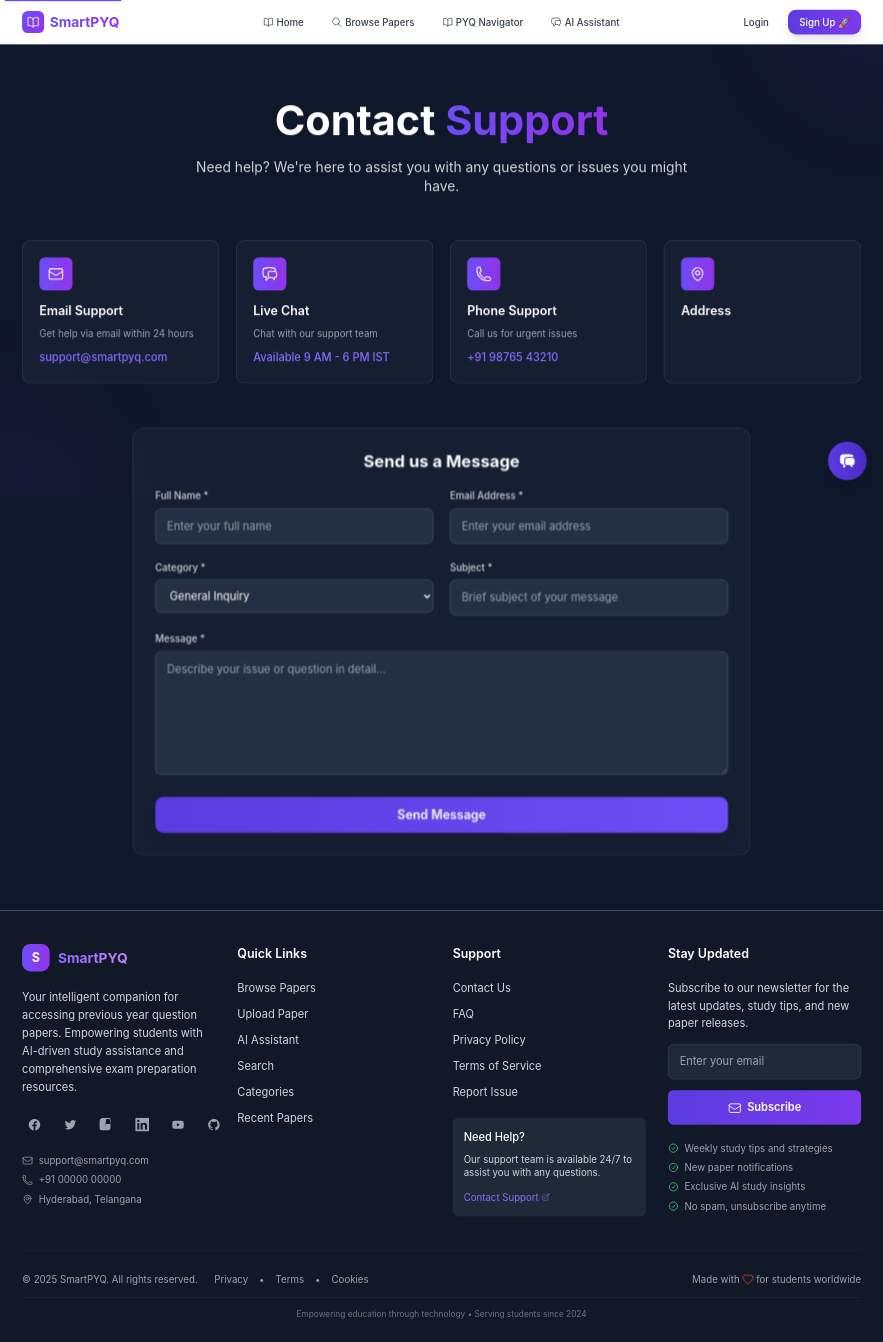
Repository: sumer52/smartpyq
Page: /contact (app in smartpyq-frontend/)
These files come from the project's save history. The page is drawn as it stood at one moment and after a run of saves; the edit follows.
The browser window is 1280 px wide. The pictures show the whole page, at 69% of full size.
The project was rebuilt for these pictures with package versions that can differ from the ones it lists, and the page was loaded fresh each time. Also part of the build but not shown: smartpyq-frontend/vite.config.js. Imported but missing from the stored project, and not drawn on this page: smartpyq-frontend/src/pages/RegisterPage.

Above is the page before, as saved 2025-09-09 03:30:42.

### smartpyq-frontend/index.html
<!doctype html>
<html lang="en">
  <head>
    <meta charset="UTF-8" />
    <link rel="icon" type="image/svg+xml" href="/vite.svg" />
    <meta name="viewport" content="width=device-width, initial-scale=1.0" />
    <meta name="description" content="SmartPYQ - Unlock Previous Year Papers with AI-powered study assistance. Access, analyze, and excel with intelligent question paper platform." />
    <meta name="keywords" content="previous year papers, PYQ, AI study assistant, education, exam preparation, student platform" />
    <meta name="author" content="SmartPYQ Team" />

    <!-- Open Graph / Facebook -->
    <meta property="og:type" content="website" />
    <meta property="og:url" content="https://smartpyq.com/" />
    <meta property="og:title" content="SmartPYQ - Intelligent Previous Year Papers Platform" />
    <meta property="og:description" content="Unlock Previous Year Papers with AI-powered study assistance" />

    <!-- Twitter -->
    <meta property="twitter:card" content="summary_large_image" />
    <meta property="twitter:url" content="https://smartpyq.com/" />
    <meta property="twitter:title" content="SmartPYQ - Intelligent Previous Year Papers Platform" />
    <meta property="twitter:description" content="Unlock Previous Year Papers with AI-powered study assistance" />

    <!-- Accessibility -->
    <meta name="theme-color" content="#6C4EF6" />
    <meta name="color-scheme" content="light dark" />

    <!-- Preconnect for performance -->
    <link rel="preconnect" href="https://fonts.googleapis.com" />
    <link rel="preconnect" href="https://fonts.gstatic.com" crossorigin />

    <title>SmartPYQ - Intelligent Previous Year Papers Platform</title>
  </head>
  <body>
    <div id="root"></div>
    <script type="module" src="/src/main.jsx"></script>
  </body>
</html>

### smartpyq-frontend/src/main.jsx
import React from 'react'
import ReactDOM from 'react-dom/client'
import { BrowserRouter } from 'react-router-dom'
import App from './App.jsx'
import './index.css'

// Check for reduced motion preference
const prefersReducedMotion = window.matchMedia('(prefers-reduced-motion: reduce)').matches;

// Set CSS custom property for motion preference
if (prefersReducedMotion) {
  document.documentElement.style.setProperty('--motion-reduce', '1');
} else {
  document.documentElement.style.setProperty('--motion-reduce', '0');
}

// Add motion preference listener for dynamic changes
window.matchMedia('(prefers-reduced-motion: reduce)').addEventListener('change', (e) => {
  document.documentElement.style.setProperty('--motion-reduce', e.matches ? '1' : '0');
});

ReactDOM.createRoot(document.getElementById('root')).render(
  <React.StrictMode>
    <BrowserRouter>
      <App />
    </BrowserRouter>
  </React.StrictMode>,
)

### smartpyq-frontend/src/contexts/AuthContext.jsx
import React, { createContext, useContext, useState, useEffect } from 'react';

const AuthContext = createContext();

export const useAuth = () => {
  const context = useContext(AuthContext);
  if (!context) {
    throw new Error('useAuth must be used within an AuthProvider');
  }
  return context;
};

export const AuthProvider = ({ children }) => {
  const [user, setUser] = useState(null);
  const [isLoading, setIsLoading] = useState(true);
  const [isAuthenticated, setIsAuthenticated] = useState(false);

  // Mock user data for demonstration
  const mockUser = {
    id: 1,
    name: 'sumer',
    email: 'sumer@university.edu',
    avatar: 'https://images.unsplash.com/photo-1472099645785-5658abf4ff4e?w=150&h=150&fit=crop&crop=face',
    role: 'Student',
    course: 'B.Sc Computer Science',
    year: '3rd Year',
    semester: 'Semester 5',
    joinedDate: '2022-08-15',
    stats: {
      papersDownloaded: 47,
      studyStreak: 12,
      favoriteSubjects: ['Data Structures', 'Algorithms', 'Database Systems'],
      recentActivity: [
        { action: 'Downloaded', item: 'Data Structures - 2023 Paper', time: '2 hours ago' },
        { action: 'Saved', item: 'Algorithms - 2022 Paper', time: '1 day ago' },
        { action: 'Viewed', item: 'Database Systems - 2021 Paper', time: '2 days ago' }
      ]
    }
  };

  useEffect(() => {
    // Check for existing session
    const checkAuthStatus = () => {
      const token = localStorage.getItem('authToken');
      const userData = localStorage.getItem('userData');

      if (token && userData) {
        try {
          const parsedUser = JSON.parse(userData);
          setUser(parsedUser);
          setIsAuthenticated(true);
        } catch (error) {
          console.error('Error parsing user data:', error);
          localStorage.removeItem('authToken');
          localStorage.removeItem('userData');
        }
      }
      setIsLoading(false);
    };

    checkAuthStatus();
  }, []);

  const login = async (email, password) => {
    setIsLoading(true);

    try {
      // Simulate API call
      await new Promise(resolve => setTimeout(resolve, 1500));

      // Mock validation
      if (email === 'demo@smartpyq.com' && password === 'demo123') {
        const token = 'mock-jwt-token-' + Date.now();
        const userData = { ...mockUser, email };

        localStorage.setItem('authToken', token);
        localStorage.setItem('userData', JSON.stringify(userData));

        setUser(userData);
        setIsAuthenticated(true);
        setIsLoading(false);

        return { success: true, user: userData };
      } else {
        setIsLoading(false);
        return { success: false, error: 'Invalid email or password' };
      }
    } catch (error) {
      setIsLoading(false);
      return { success: false, error: 'Login failed. Please try again.' };
    }
  };

  const register = async (userData) => {
    setIsLoading(true);

    try {
      // Simulate API call
      await new Promise(resolve => setTimeout(resolve, 2000));

      const token = 'mock-jwt-token-' + Date.now();
      const newUser = {
        ...mockUser,
        name: userData.name,
        email: userData.email,
        course: userData.course || 'B.Sc Computer Science',
        stats: {
          ...mockUser.stats,
          papersDownloaded: 0,
          studyStreak: 0,
          recentActivity: []
        }
      };

      localStorage.setItem('authToken', token);
      localStorage.setItem('userData', JSON.stringify(newUser));

      setUser(newUser);
      setIsAuthenticated(true);
      setIsLoading(false);

      return { success: true, user: newUser };
    } catch (error) {
      setIsLoading(false);
      return { success: false, error: 'Registration failed. Please try again.' };
    }
  };

  const logout = () => {
    localStorage.removeItem('authToken');
    localStorage.removeItem('userData');
    setUser(null);
    setIsAuthenticated(false);
  };

  const updateUser = (updatedData) => {
    const updatedUser = { ...user, ...updatedData };
    setUser(updatedUser);
    localStorage.setItem('userData', JSON.stringify(updatedUser));
  };

  const forgotPassword = async (email) => {
    setIsLoading(true);

    try {
      // Simulate API call
      await new Promise(resolve => setTimeout(resolve, 1000));
      setIsLoading(false);
      return { success: true, message: 'Password reset link sent to your email' };
    } catch (error) {
      setIsLoading(false);
      return { success: false, error: 'Failed to send reset link' };
    }
  };

  const value = {
    user,
    isAuthenticated,
    isLoading,
    login,
    register,
    logout,
    updateUser,
    forgotPassword
  };

  return (
    <AuthContext.Provider value={value}>
      {children}
    </AuthContext.Provider>
  );
};

export default AuthContext;

### smartpyq-frontend/src/pages/ContactPage.jsx
import React, { useState } from 'react';
import { motion } from 'framer-motion';
import {
  EnvelopeIcon,
  PhoneIcon,
  MapPinIcon,
  ChatBubbleLeftRightIcon,
} from '@heroicons/react/24/outline';

const ContactPage = () => {
  const [formData, setFormData] = useState({
    name: '',
    email: '',
    subject: '',
    message: '',
    category: 'general'
  });
  const [isSubmitting, setIsSubmitting] = useState(false);
  const [submitStatus, setSubmitStatus] = useState(null);

  const handleInputChange = (e) => {
    const { name, value } = e.target;
    setFormData(prev => ({
      ...prev,
      [name]: value
    }));
  };

  const handleSubmit = async (e) => {
    e.preventDefault();
    setIsSubmitting(true);

    try {
      // TODO: Replace with actual API call
      await new Promise(resolve => setTimeout(resolve, 1500));

      console.log('Contact form submitted:', formData);
      setSubmitStatus('success');
      setFormData({
        name: '',
        email: '',
        subject: '',
        message: '',
        category: 'general'
      });
    } catch (error) {
      console.error('Error submitting contact form:', error);
      setSubmitStatus('error');
    } finally {
      setIsSubmitting(false);
      setTimeout(() => setSubmitStatus(null), 5000);
    }
  };

  const contactMethods = [
    {
      icon: EnvelopeIcon,
      title: 'Email Support',
      description: 'Get help via email within 24 hours',
      contact: 'support@smartpyq.com',
      action: 'mailto:support@smartpyq.com'
    },
    {
      icon: ChatBubbleLeftRightIcon,
      title: 'Live Chat',
      description: 'Chat with our support team',
      contact: 'Available 9 AM - 6 PM IST',
      action: '#'
    },
    {
      icon: PhoneIcon,
      title: 'Phone Support',
      description: 'Call us for urgent issues',
      contact: '+91 98765 43210',
      action: 'tel:+919876543210'
    },
    {
      icon: MapPinIcon,
      title: 'Address',
      description: '',
      contact: '',
      action: '#'
    }
  ];

  const categories = [
    { value: 'general', label: 'General Inquiry' },
    { value: 'technical', label: 'Technical Support' },
    { value: 'billing', label: 'Billing & Payments' },
    { value: 'content', label: 'Content Issues' },
    { value: 'feature', label: 'Feature Request' },
    { value: 'bug', label: 'Bug Report' }
  ];

  return (
    <div className="min-h-screen bg-gradient-to-br from-bg-dark via-slate-900 to-bg-dark">
      {/* Hero Section */}
      <section className="relative py-20 px-4 sm:px-6 lg:px-8">
        <div className="max-w-7xl mx-auto">
          <motion.div
            initial={{ opacity: 0, y: 20 }}
            animate={{ opacity: 1, y: 0 }}
            transition={{ duration: 0.6 }}
            className="text-center mb-16"
          >
            <h1 className="text-4xl md:text-6xl font-bold text-white mb-6">
              Contact <span className="text-transparent bg-clip-text bg-gradient-to-r from-brand-500 to-accent-500">Support</span>
            </h1>
            <p className="text-xl text-gray-300 max-w-3xl mx-auto">
              Need help? We're here to assist you with any questions or issues you might have.
            </p>
          </motion.div>

          {/* Contact Methods Grid */}
          <motion.div
            initial={{ opacity: 0, y: 20 }}
            animate={{ opacity: 1, y: 0 }}
            transition={{ duration: 0.6, delay: 0.2 }}
            className="grid grid-cols-1 md:grid-cols-2 lg:grid-cols-4 gap-6 mb-16"
          >
            {contactMethods.map((method, index) => {
              const IconComponent = method.icon;
              return (
                <motion.a
                  key={index}
                  href={method.action}
                  className="bg-slate-800/50 backdrop-blur-sm border border-slate-700 rounded-xl p-6 hover:border-brand-500/50 transition-all duration-300 group"
                  whileHover={{ y: -5, scale: 1.02 }}
                  whileTap={{ scale: 0.98 }}
                >
                  <div className="w-12 h-12 bg-gradient-to-r from-brand-500 to-accent-500 rounded-lg flex items-center justify-center mb-4 group-hover:scale-110 transition-transform duration-300">
                    <IconComponent className="w-6 h-6 text-white" />
                  </div>
                  <h3 className="text-lg font-semibold text-white mb-2">{method.title}</h3>
                  <p className="text-gray-400 text-sm mb-3">{method.description}</p>
                  <p className="text-brand-400 font-medium">{method.contact}</p>
                </motion.a>
              );
            })}
          </motion.div>

          {/* Contact Form */}
          <motion.div
            initial={{ opacity: 0, y: 20 }}
            animate={{ opacity: 1, y: 0 }}
            transition={{ duration: 0.6, delay: 0.4 }}
            className="max-w-4xl mx-auto"
          >
            <div className="bg-slate-800/50 backdrop-blur-sm border border-slate-700 rounded-2xl p-8">
              <h2 className="text-2xl font-bold text-white mb-6 text-center">
                Send us a Message
              </h2>

              <form onSubmit={handleSubmit} className="space-y-6">
                <div className="grid grid-cols-1 md:grid-cols-2 gap-6">
                  <div>
                    <label htmlFor="name" className="block text-sm font-medium text-gray-300 mb-2">
                      Full Name *
                    </label>
                    <input
                      type="text"
                      id="name"
                      name="name"
                      value={formData.name}
                      onChange={handleInputChange}
                      required
                      className="w-full px-4 py-3 bg-slate-700/50 border border-slate-600 rounded-lg text-white placeholder-gray-400 focus:outline-none focus:ring-2 focus:ring-brand-500 focus:border-transparent transition-all duration-200"
                      placeholder="Enter your full name"
                    />
                  </div>

                  <div>
                    <label htmlFor="email" className="block text-sm font-medium text-gray-300 mb-2">
                      Email Address *
                    </label>
                    <input
                      type="email"
                      id="email"
                      name="email"
                      value={formData.email}
                      onChange={handleInputChange}
                      required
                      className="w-full px-4 py-3 bg-slate-700/50 border border-slate-600 rounded-lg text-white placeholder-gray-400 focus:outline-none focus:ring-2 focus:ring-brand-500 focus:border-transparent transition-all duration-200"
                      placeholder="Enter your email address"
                    />
                  </div>
                </div>

                <div className="grid grid-cols-1 md:grid-cols-2 gap-6">
                  <div>
                    <label htmlFor="category" className="block text-sm font-medium text-gray-300 mb-2">
                      Category *
                    </label>
                    <select
                      id="category"
                      name="category"
                      value={formData.category}
                      onChange={handleInputChange}
                      required
                      className="w-full px-4 py-3 bg-slate-700/50 border border-slate-600 rounded-lg text-white focus:outline-none focus:ring-2 focus:ring-brand-500 focus:border-transparent transition-all duration-200"
                    >
                      {categories.map((category) => (
                        <option key={category.value} value={category.value}>
                          {category.label}
                        </option>
                      ))}
                    </select>
                  </div>

                  <div>
                    <label htmlFor="subject" className="block text-sm font-medium text-gray-300 mb-2">
                      Subject *
                    </label>
                    <input
                      type="text"
                      id="subject"
                      name="subject"
                      value={formData.subject}
                      onChange={handleInputChange}
                      required
                      className="w-full px-4 py-3 bg-slate-700/50 border border-slate-600 rounded-lg text-white placeholder-gray-400 focus:outline-none focus:ring-2 focus:ring-brand-500 focus:border-transparent transition-all duration-200"
                      placeholder="Brief subject of your message"
                    />
                  </div>
                </div>

                <div>
                  <label htmlFor="message" className="block text-sm font-medium text-gray-300 mb-2">
                    Message *
                  </label>
                  <textarea
                    id="message"
                    name="message"
                    value={formData.message}
                    onChange={handleInputChange}
                    required
                    rows={6}
                    className="w-full px-4 py-3 bg-slate-700/50 border border-slate-600 rounded-lg text-white placeholder-gray-400 focus:outline-none focus:ring-2 focus:ring-brand-500 focus:border-transparent transition-all duration-200 resize-vertical"
                    placeholder="Describe your issue or question in detail..."
                  />
                </div>

                {/* Submit Status */}
                {submitStatus && (
                  <motion.div
                    initial={{ opacity: 0, y: -10 }}
                    animate={{ opacity: 1, y: 0 }}
                    className={`p-4 rounded-lg text-center ${
                      submitStatus === 'success'
                        ? 'bg-green-500/20 border border-green-500/50 text-green-400'
                        : 'bg-red-500/20 border border-red-500/50 text-red-400'
                    }`}
                  >
                    {submitStatus === 'success'
                      ? '✅ Message sent successfully! We\'ll get back to you soon.'
                      : '❌ Failed to send message. Please try again or contact us directly.'}
                  </motion.div>
                )}

                <motion.button
                  type="submit"
                  disabled={isSubmitting}
                  className="w-full btn-primary py-4 text-lg font-semibold disabled:opacity-50 disabled:cursor-not-allowed"
                  whileHover={{ scale: isSubmitting ? 1 : 1.02 }}
                  whileTap={{ scale: isSubmitting ? 1 : 0.98 }}
                >
                  {isSubmitting ? (
                    <div className="flex items-center justify-center space-x-2">
                      <div className="w-5 h-5 border-2 border-white/30 border-t-white rounded-full animate-spin" />
                      <span>Sending...</span>
                    </div>
                  ) : (
                    'Send Message'
                  )}
                </motion.button>
              </form>
            </div>
          </motion.div>
        </div>
      </section>
    </div>
  );
};

export default ContactPage;

Loaded but not shown: smartpyq-frontend/tailwind.config.js (108 lines, source omitted); smartpyq-frontend/src/components/ChatWidget.jsx (576 lines, source omitted); smartpyq-frontend/src/components/Footer.jsx (469 lines, source omitted); smartpyq-frontend/src/components/Header.jsx (320 lines, source omitted); smartpyq-frontend/src/App.jsx (335 lines, source omitted); smartpyq-frontend/src/index.css (285 lines, source omitted)

After the next 2 saves:
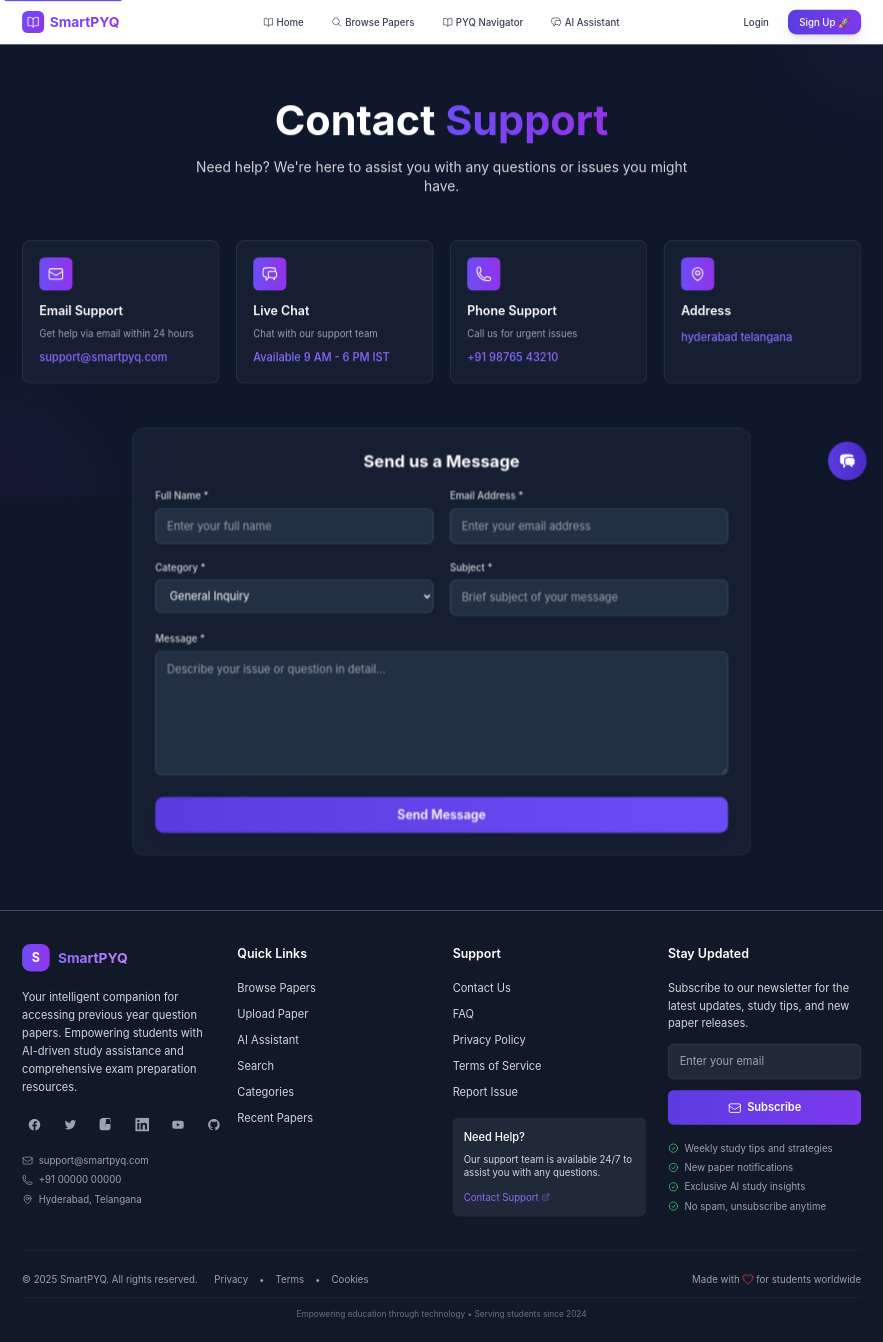
The 2 saves are shown as one change because they came seconds apart.
The last was saved 43 s later.
--- a/smartpyq-frontend/src/pages/ContactPage.jsx
+++ b/smartpyq-frontend/src/pages/ContactPage.jsx
@@ -78,7 +78,7 @@
       icon: MapPinIcon,
       title: 'Address',
       description: '',
-      contact: '',
+      contact: 'hyderabad telangana',
       action: '#'
     }
   ];
